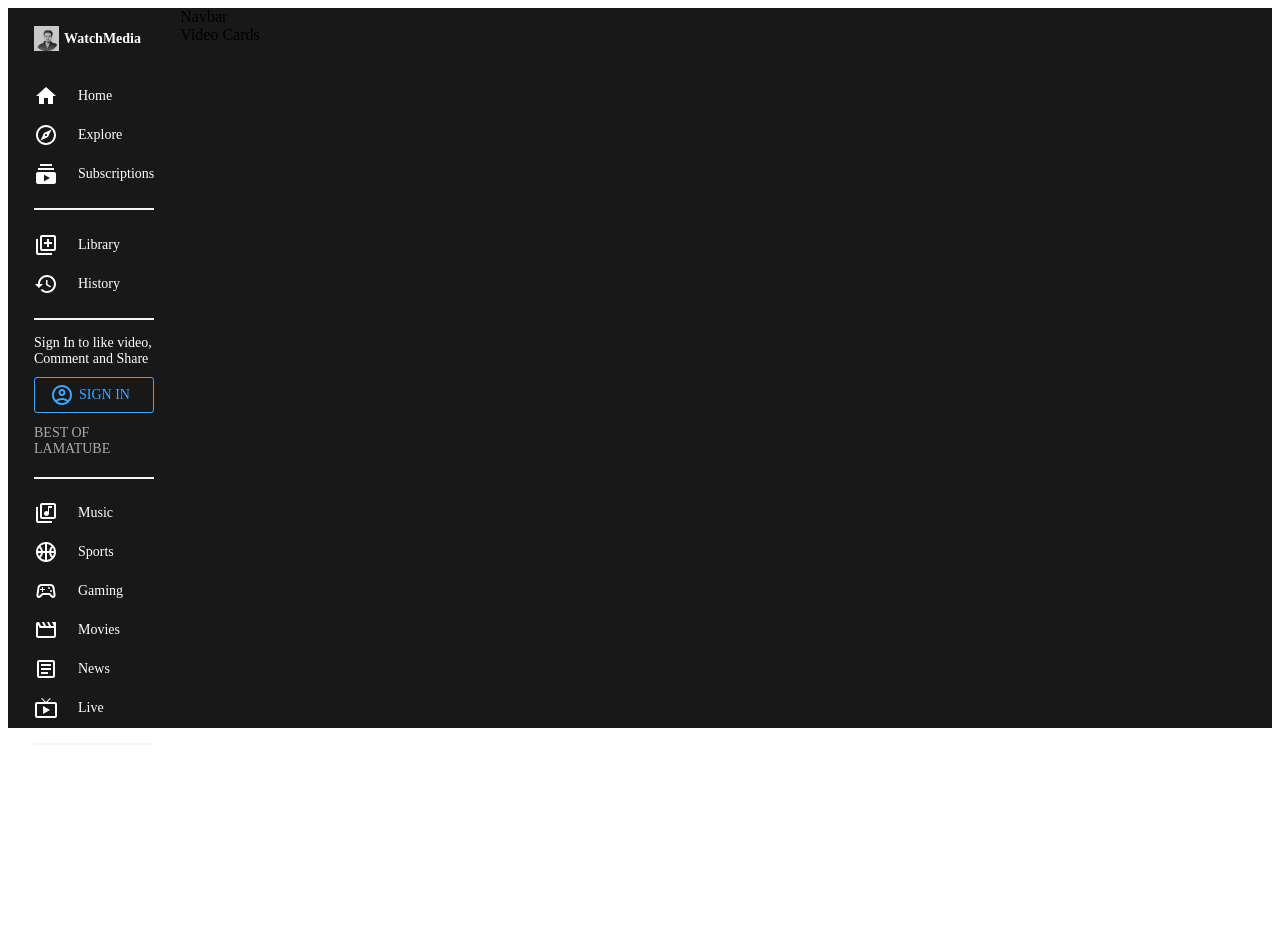
Repository: inzamamahmad3/final-year-project-skeleton
Page: /video/test
These files come from the project's save history. The page is drawn as it stood at one moment and after the next save; the edit follows.
The browser window is 1280 px wide. The pictures show the whole page.
The project was rebuilt for these pictures with package versions that can differ from the ones it lists, and the page was loaded fresh each time.

Above is the page before, as saved 2023-07-18 11:36:30.

After the next save:
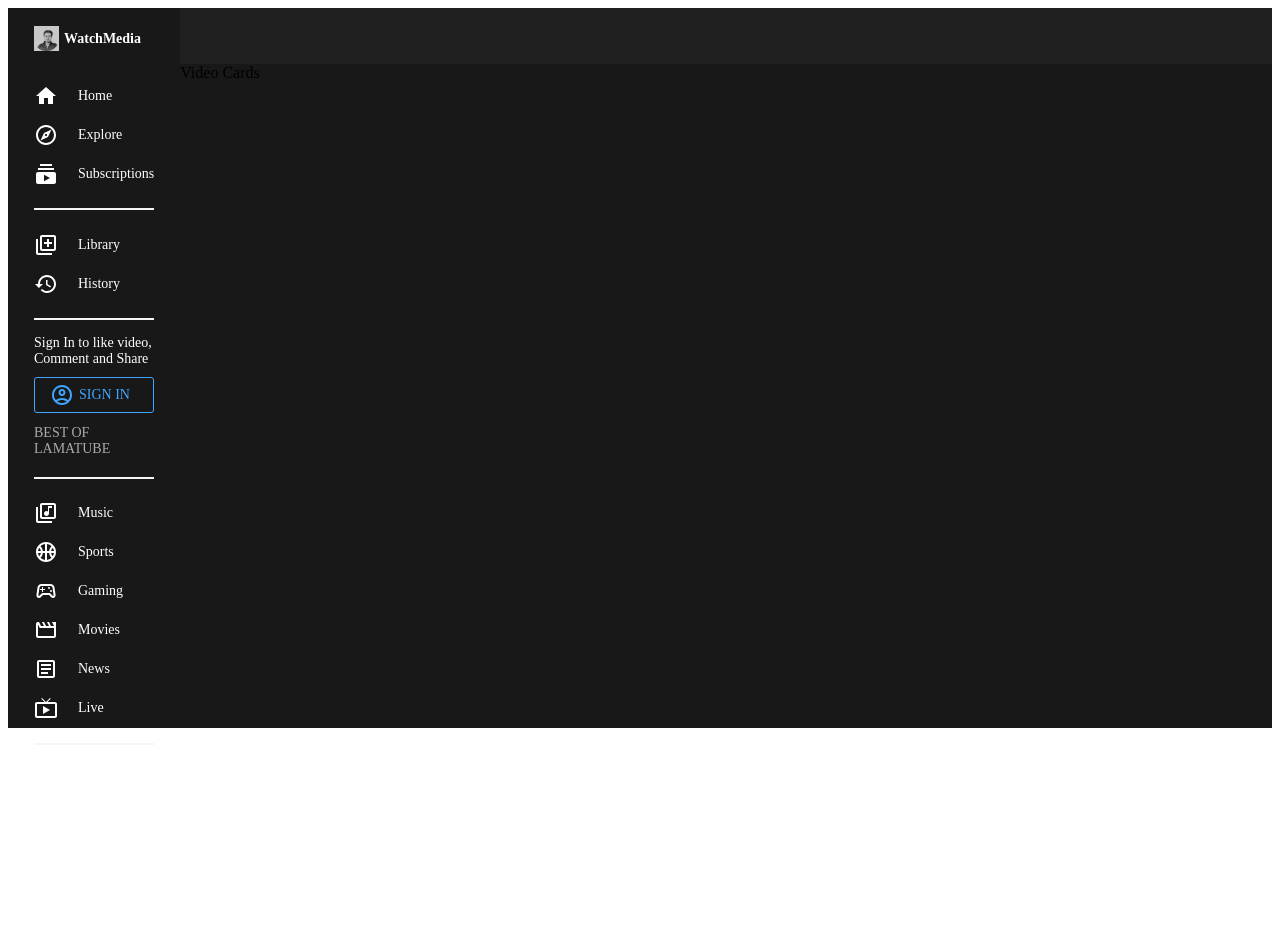
Saved 41 s later.
--- a/src/components/Navbar.jsx
+++ b/src/components/Navbar.jsx
@@ -52,7 +52,11 @@ const Button = styled.div`
 `;
 
 const Navbar = () => {
-  return <div>Navbar</div>;
+  return (
+    <Container>
+      <Wrapper></Wrapper>
+    </Container>
+  );
 };
 
 export default Navbar;
